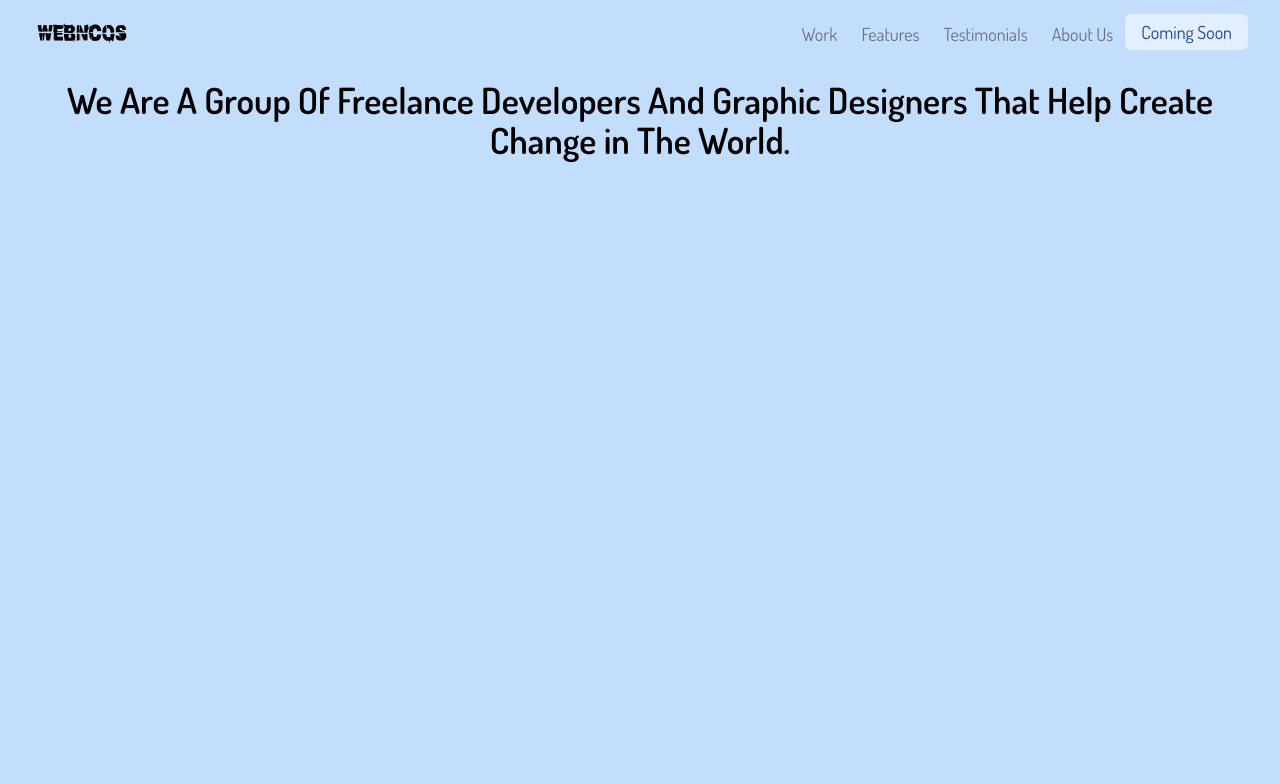
Repository: 1realjulius/webncos
Page: /
An editor plug-in stored every save of this project. The page is shown before and after the next save, followed by the edit.
The browser window is 1280 px wide. The pictures show the whole page.
The project was rebuilt for these pictures with package versions that can differ from the ones it lists, and the page was loaded fresh each time. The framework's server and built-in components were replaced by stand-ins that run in the browser. Also part of the build but not shown: next.config.js.

Above is the page before, as saved 2022-09-04 00:01:47.

### pages/index.tsx
import type { NextPage } from "next";
import Head from "next/head";
import ComingSoon from "../components/ComingSoon";
import MainHome from "../components/MainHome";
import NavigationBar from "../components/NavigationBar";

const Home: NextPage = () => {
  return (
    <div className="flex min-h-screen font-DosisRegular flex-col bg-blue-200">
      <Head>
        <title>Webncos</title>
        <meta
          name="description"
          content="Website and Software Development Agency."
        />
        <meta property="og:type" content="website" />
        <meta property="og:url" content="https://www.webncos.com/" />
        <meta
          property="og:title"
          content="Webncos — Website and Software Development Agency."
        />
        <meta
          property="og:description"
          content="Website and Software Development Agency."
        />
        {/* <meta property="og:image" content="/Assets/newmemoji.svg"/> */}
        {/* <meta property="twitter:card" content="/Assets/Julius_Eghan.jpg"/> */}
        <meta property="twitter:url" content="https://www.webncos.com/" />
        <meta
          property="twitter:title"
          content="Webncos — Website and Software Development Agency."
        />
        <meta
          property="twitter:description"
          content="Website and Software Development Agency."
        />
        {/* <meta property="twitter:image" content="/Assets/Julius_Eghan.jpg"/> */}
        <link rel="icon" href="/favicon.ico" />
        <link
          rel="apple-touch-icon"
          sizes="180x180"
          href="/apple-touch-icon.png"
        />
        <link
          rel="icon"
          type="image/png"
          sizes="32x32"
          href="/favicon-32x32.png"
        />
        <link
          rel="icon"
          type="image/png"
          sizes="16x16"
          href="/favicon-16x16.png"
        />
        {/* <meta name="google-site-verification" content="0HesePHVymRqGiL70HUKPIq0Zsap0uUIb_Ci0DpImRY" /> */}
        <meta
          name="theme-color"
          content="#2563eb"
          media="(prefers-color-scheme: light)"
        />
        <meta
          name="theme-color"
          content="#2563eb"
          media="(prefers-color-scheme: dark)"
        />
      </Head>
      <NavigationBar />
      <ComingSoon/>
    </div>
  );
};

export default Home;

### styles/globals.css
@tailwind base;
@tailwind components;
@tailwind utilities;

@layer base{
      @font-face{
        font-family: 'DosisSemiBold';
        src: url("/Fonts/Dosis-SemiBold.woff2") format("woff2");
      }
      @font-face{
        font-family: 'DosisMedium';
        src: url("/Fonts/Dosis-Medium.woff2") format("woff2");
      }
      @font-face{
        font-family: 'DosisRegular';
        src: url("/Fonts/Dosis-Regular.woff2") format("woff2");
      }
    }

### components/ComingSoon.tsx
import Image from "next/image";
import Link from "next/link";
import React from 'react'

const ComingSoon = () => {
  return (
    <div className="flex flex-col items-center justify-center">
      <div className="max-w-7xl min-h-screen">
        <div className="p-4">
          <h1 className="font-DosisSemiBold text-center text-4xl">We Are A Group Of Freelance Developers And Graphic Designers That Help Create Change in The World.</h1>
        </div>
        <div></div>
      </div>
    </div>
  )
}

export default ComingSoon

### components/NavigationBar.tsx
/* This example requires Tailwind CSS v2.0+ */
import { Fragment } from "react";
import { Disclosure, Menu, Transition } from "@headlessui/react";
import { BellIcon, MenuIcon, XIcon } from "@heroicons/react/outline";
import Link from "next/link";
import Image from "next/image";

function classNames(...classes: string[]) {
  return classes.filter(Boolean).join(" ");
}

export default function NavigationBar() {
  return (
    <Disclosure as="nav" className="bg-blue-200">
      {({ open }) => (
        <>
          <div className="max-w-7xl mx-auto px-4 sm:px-6 lg:px-8">
            <div className="flex justify-between h-16">
              <div className="flex">
                <div className="flex-shrink-0 flex items-center">
                  {/* the logo */}
                  <Link href="#">
                    <Image
                      src="/Assets/webncos-logo-lg.svg"
                      width={100}
                      height={22}
                      alt="webncos logo"
                      className=""
                    />
                  </Link>
                </div>
                <div className="hidden sm:ml-6 sm:flex sm:space-x-8"></div>
              </div>
              <div className="hidden sm:ml-6 sm:flex sm:items-center">
                <a
                  href="#"
                  className="text-gray-500 text-lg hover:text-gray-900 inline-flex items-center px-3 pt-1 "
                >
                  Work
                </a>
                <a
                  href="#"
                  className="text-gray-500 text-lg hover:text-gray-900 inline-flex items-center px-3 pt-1 "
                >
                  Features
                </a>
                <a
                  href="#"
                  className=" text-gray-500 hover:text-gray-900 inline-flex items-center px-3 pt-1  text-lg"
                >
                  Testimonials
                </a>
                <a
                  href="#"
                  className=" text-gray-500 hover:text-gray-900 inline-flex items-center px-3 pt-1  text-lg"
                >
                  About Us
                </a>
                <Link href="#">
                  <div className="px-4 py-1 bg-blue-100 active:bg-blue-300 rounded-md cursor-pointer">
                    <h2 className="text-blue-800 text-lg">Coming Soon</h2>
                  </div>
                </Link>
              </div>
              <div className="-mr-2 flex items-center sm:hidden">
                {/* Mobile menu button */}
                <Disclosure.Button className="inline-flex items-center justify-center p-2 rounded-full text-black hover:text-blue-800 hover:bg-blue-300 ">
                  <span className="sr-only">Open main menu</span>
                  {open ? (
                    <XIcon className="block h-6 w-6" aria-hidden="true" />
                  ) : (
                    <MenuIcon className="block h-6 w-6" aria-hidden="true" />
                  )}
                </Disclosure.Button>
              </div>
            </div>
          </div>

          <Disclosure.Panel className="sm:hidden border-2 border-blue-400 bg-blue-300 rounded-lg px-2 mx-2">
            <div className="flex flex-col pt-2 space-y-1 items-center">
              <a
                className="hover:bg-blue-200 w-full text-center py-2 rounded-md text-lg"
                href="#"
              >
                Work
              </a>
              <a
                className="hover:bg-blue-200 w-full text-center py-2 rounded-md text-lg"
                href="#"
              >
                Features
              </a>
              <a
                className="hover:bg-blue-200 w-full text-center py-2 rounded-md text-lg"
                href="#"
              >
                Testimonials
              </a>
              <a
                className="hover:bg-blue-200 w-full text-center py-2 rounded-md text-lg"
                href="#"
              >
                About Us
              </a>
            </div>
            <div className="flex py-2 items-center justify-center">
              <Link href="#">
                <div className="px-3 py-1 bg-blue-100 active:bg-blue-300 rounded-md cursor-pointer">
                  <h2 className="text-blue-800 text-lg">Coming Soon</h2>
                </div>
              </Link>
            </div>
          </Disclosure.Panel>
        </>
      )}
    </Disclosure>
  );
}

### tailwind.config.js
/** @type {import('tailwindcss').Config} */
module.exports = {
  content: [
    './pages/**/*.{js,ts,jsx,tsx}',
    './components/**/*.{js,ts,jsx,tsx}',
    "./node_modules/flowbite-react/**/*.js",
  ],
  theme: {
    extend: {
      fontFamily: {
        DosisSemiBold: 'DosisSemiBold, sans-serif',
        DosisMedium: 'DosisMedium, sans-serif',
        DosisRegular: 'DosisRegular, sans-serif',
      },
    },
  },
  plugins: [
    require("flowbite/plugin")
  ],
}

Loaded but not shown: pages/_app.tsx (common file); pages/api/hello.ts (common file)

After the next save:
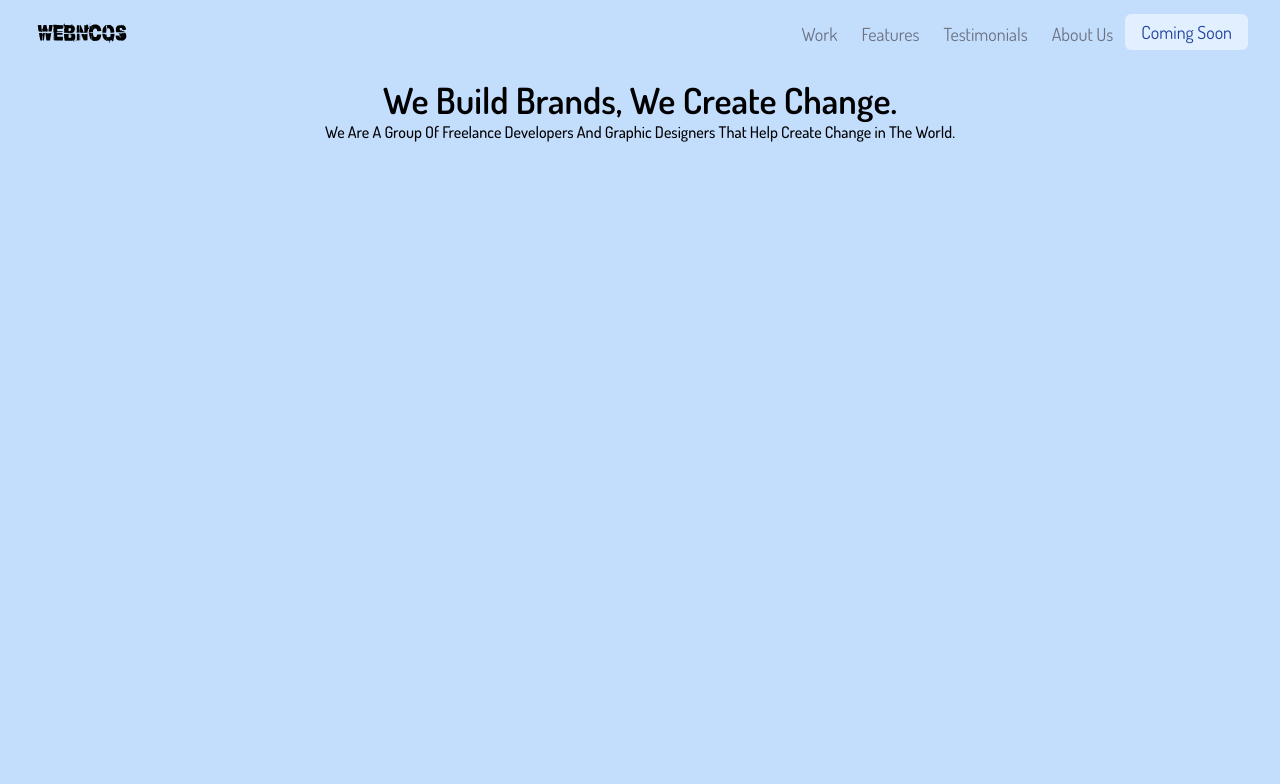
Saved 2 min 9 s later.
--- a/components/ComingSoon.tsx
+++ b/components/ComingSoon.tsx
@@ -7,7 +7,8 @@ const ComingSoon = () => {
     <div className="flex flex-col items-center justify-center">
       <div className="max-w-7xl min-h-screen">
         <div className="p-4">
-          <h1 className="font-DosisSemiBold text-center text-4xl">We Are A Group Of Freelance Developers And Graphic Designers That Help Create Change in The World.</h1>
+          <h1 className="font-DosisSemiBold text-center text-4xl">We Build Brands, We Create Change.</h1>
+          <h3 className="font-DosisMedium">We Are A Group Of Freelance Developers And Graphic Designers That Help Create Change in The World.</h3>
         </div>
         <div></div>
       </div>
